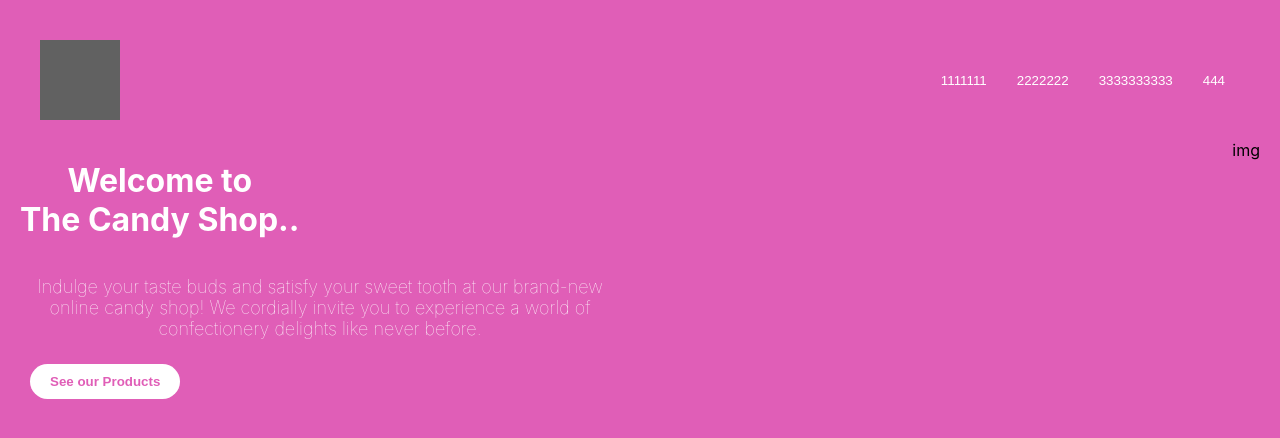
Repository: nika-otter/CandyShop
Page: /
An editor plug-in stored every save of this project. The page is shown before and after the next save, followed by the edit.
The browser window is 1280 px wide. The pictures show the whole page.
Pictures or frames that could not be fetched are drawn as grey boxes. An inner scrolling area shows only its first screen. The project was rebuilt for these pictures with package versions that can differ from the ones it lists, and the page was loaded fresh each time.

Above is the page before, as saved 2023-06-11 10:02:23.

After the next save:
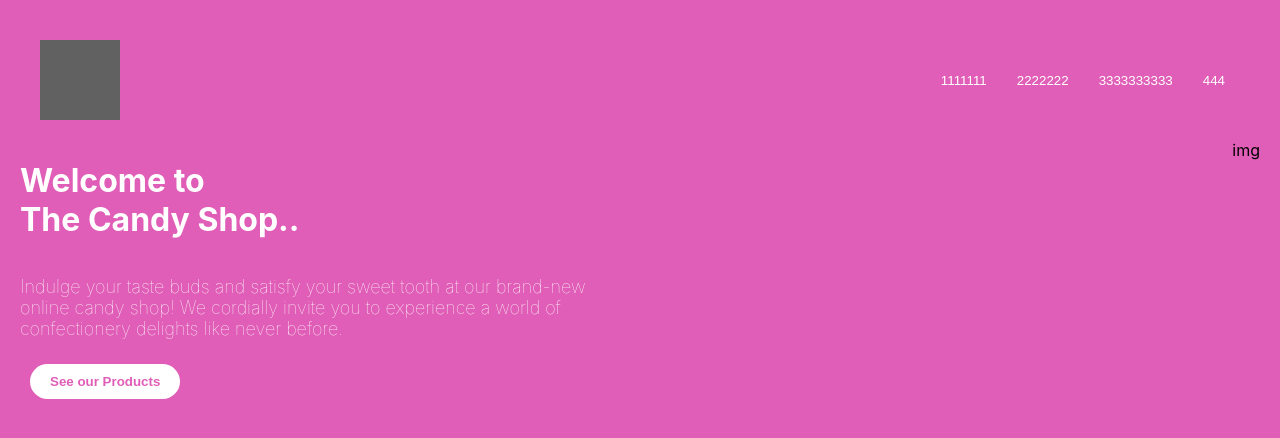
Saved 14 s later.
--- a/src/components/Cupcake.module.scss
+++ b/src/components/Cupcake.module.scss
@@ -38,13 +38,13 @@
 .cupcake__title {
   //   font-size: large;
   color: white;
-  //   text-align: start;
+  text-align: start;
 }
 .cupcake__subtitle {
   color: white;
   font-weight: 100;
   font-size: large;
-  //   text-align: start;
+  text-align: start;
 }
 .cupcake {
   //   width: 500vw;
